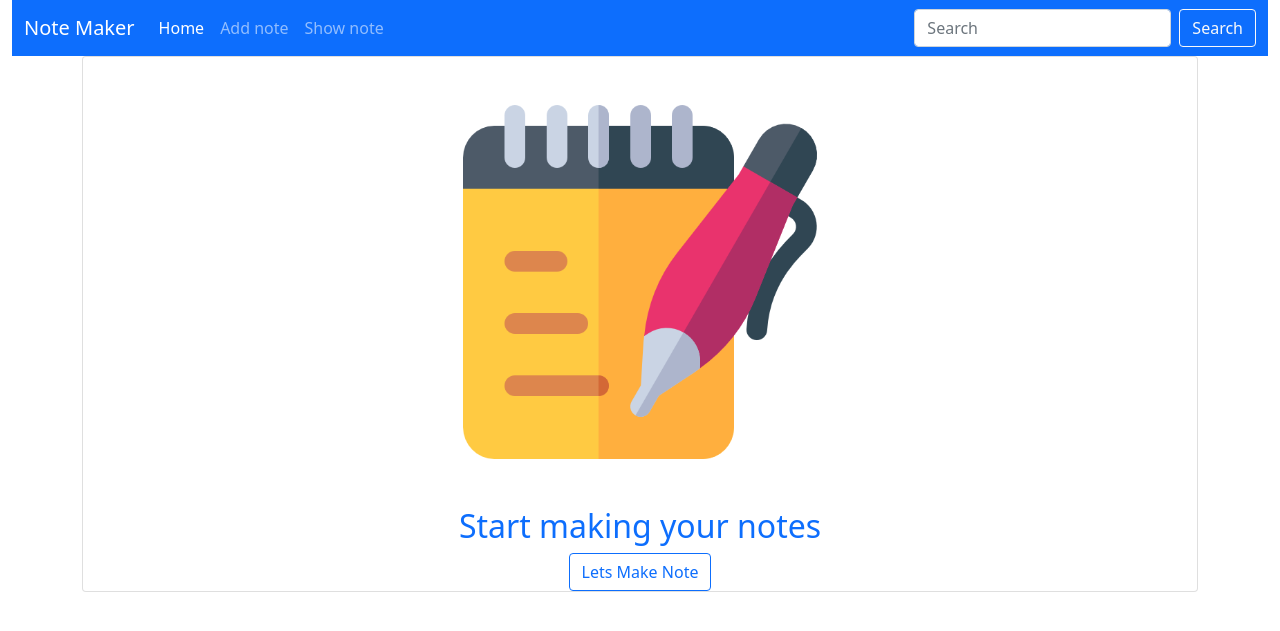
Repository: sachin1830/hibernateproject
Page: http://localhost/com.todolist/
An editor plug-in stored every save of this project. The page is shown before and after the next save, followed by the edit.
The browser window is 1280 px wide. The pictures show the whole page.
Some web libraries are served in a nearby version. The page is served by Tomcat 9.

Above is the page before, as saved 2021-01-23 06:03:36.

After the next save:
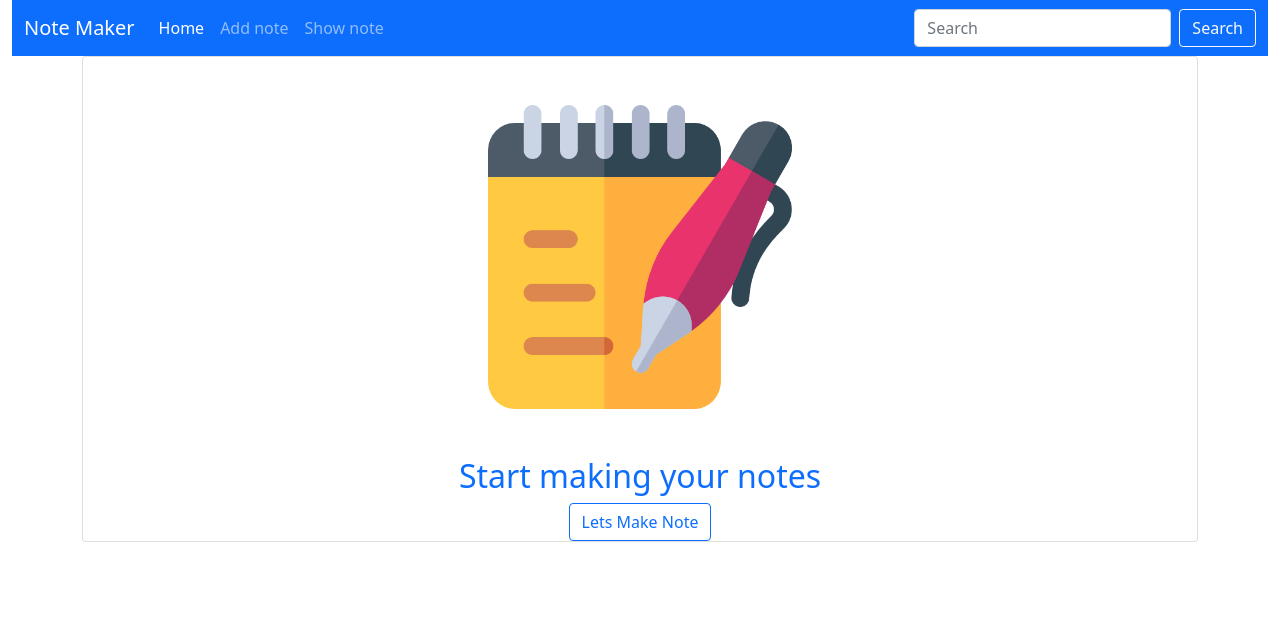
Saved 10 s later.
--- a/com.todolist/src/main/webapp/index.jsp
+++ b/com.todolist/src/main/webapp/index.jsp
@@ -16,7 +16,7 @@
   	</div>
   	<div class="container">
   		<div class="card">
-  			<img src="img/notes.png" alt="image not found" style="max-width:450px" class="img-fluid mx-auto p-5">
+  			<img src="img/notes.png" alt="image not found" style="max-width:400px" class="img-fluid mx-auto p-5">
   			<h2 class="text-center text-primary">Start making your notes </h2>
   			<div class="container text-center">
   			<a class="btn btn-outline-primary">Lets Make Note</a>
